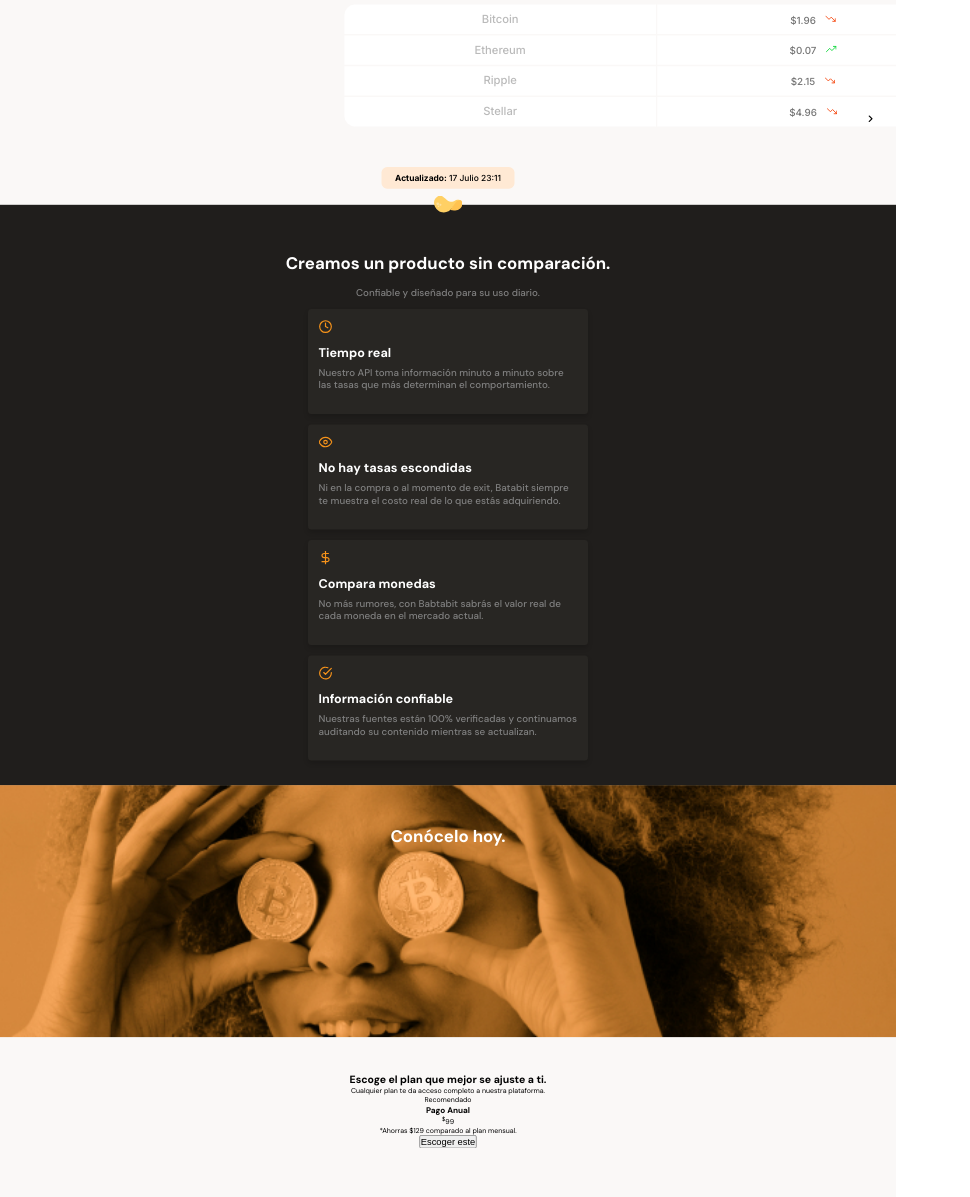
Repository: Pandrea-hub/Batatabit
Page: index.html
An editor plug-in stored every save of this project. The page is shown before and after the next save, followed by the edit.
The browser window is 1280 px wide. The page is 1386 px wide, so the pictures cover 1386 px, including what lies to the right of the window. The pictures show the part of the page from y = 842 to 2602 px (the page is 2552 px tall before and 2602 px after), at 70% of full size.

Above is the page before, as saved 2022-04-19 12:58:44.

### index.html
<!DOCTYPE html>
<html lang="en">
<head>
    <meta charset="UTF-8">
    <meta http-equiv="X-UA-Compatible" content="IE=edge">
    <meta name="viewport" content="width=device-width, initial-scale=1.0">
    <title>Document</title>
    <link rel="preconnect" href="https://fonts.googleapis.com">
    <link rel="preconnect" href="https://fonts.gstatic.com" crossorigin>
    <link href="https://fonts.googleapis.com/css2?family=DM+Sans:wght@400;500;700&family=Inter:wght@300;500;700&display=swap" rel="stylesheet">
    <link rel="stylesheet" href="./style.css">
</head>
<body>


    <header>

        <img src="./assets/img/logo.svg" alt="Logo del header donde estara una patata y el nombre que es Batatabit"/>
        <div class="header--title-container">
            <h1>La próxima revolución en el intercambio de criptomonedas.</h1>
            <p>Batatabit te ayuda a navegar entre los diferentes precios y tendencias.</p>
            <a href="#plans" class="header--button">Conoce Nuestros Planes<span></span></a>
        </div>
    </header>


    <main>
        <section class="main-exchange--container">
            <div class="backgroungImg"></div>
            <div class="main-exchange--container--title">
                <h2>Visibilizamos todas las tasas de cambio.</h2>
                <p>Traemos información en tiempo real de las casas de cambio y las monedas más importantes del mundo.</p>
            </div>

            <section class="main-tables-container">
                <div class="main-currency-table">
                    <div class="currency-table">

                        <div class="container-arrow--left" id="arrow-left"></div>

                        <div class="currency-table--container" id="table-1">
                            <p class="currency-table--title" id="title-1">Monedas</p>
                            <table>
                                <tr>
                                    <tr>
                                        <td class="table__top--left">Bitcoin</td>
                                        <td class="table__top--right table__right">$1.96 <span class="down"></span></td>
                                    </tr>
                                    <tr>
                                        <td>Ethereum</td>
                                        <td class="table__right">$0.07 <span class="up"></span></td>
                                    </tr>
                                    <tr>
                                        <td>Ripple</td>
                                        <td class="table__right">$2.15 <span class="down"></span></td>
                                    </tr>
                                    <tr>
                                        <td class="table__bottom--left">Stellar</td>
                                        <td class="table__bottom-right table__right">$4.96 <span class="down"></span></td>
                                    </tr>
                                </tr>
                            </table>
                        </div>


                        <div class="currency-table--container" id="table-2">
                            <p class="currency-table--title" id="title-2">Comisiones</p>
                            <table>
                                <tr>
                                    <tr>
                                        <td class="table__top--left">Bitrade</td>
                                        <td class="table__top--right table__right">$ 12.96</td>
                                    </tr>
                                    <tr>
                                        <td>Bitpreco</td>
                                        <td class="table__right">$ 13.07</td>
                                    </tr>
                                    <tr>
                                        <td>Novadax</td>
                                        <td class="table__right">$ 13.15</td>
                                    </tr>
                                    <tr>
                                        <td class="table__bottom--left">Coinext</td>
                                        <td class="table__bottom-right table__right">$ 14.96</td>
                                    </tr>
                                </tr>
                            </table>
                        </div>

                        <div class="container-arrow" id="arrow-right"></div>

                    </div>

                    <div class="currency-table--date" id="table-date">
                        <p><b>Actualizado:</b> 17 Julio 23:11 </p></p>
                    </div>

                </div>
            </section>
        </section>

    <script>
        const arrow_right = document.getElementById("arrow-right")
        const arrow_left = document.getElementById("arrow-left")
        const table_1 = document.getElementById("table-1")
        const table_2 = document.getElementById("table-2")
        const date = document.getElementById("table-date");


        arrow_right.onclick = function(){
            arrow_right.style.display="none";
            table_1.style.display = "none"
            table_2.style.display = "grid"
            arrow_left.style.display = "block"
            date.style.backgroundColor="#E7F5FF";
        }
        arrow_left.onclick = function(){
            arrow_left.style.display="none";
            table_1.style.display = "grid"
            table_2.style.display = "none"
            arrow_right.style.display = "block"
            date.style.backgroundColor="#FFE9D4";
        }
    </script>


        <section class="main-product--detail">
            <span class="product-detail--batata-logo"></span>
            <div class="product-detail--title">
                <h2>Creamos un producto sin comparación.</h2>
                <p>Confiable y diseñado para su uso diario.</p>
            </div>
            <section class="product-cards--container">
                <article class="product-detail--card">
                    <span class="icon-card clock"></span>
                    <p class="product-card--title">Tiempo real</p>
                    <p class="product-card--body">Nuestro API toma información minuto a minuto sobre las tasas que más determinan el comportamiento.</p>
                </article>

                <article class="product-detail--card">
                    <span class="icon-card tasas"></span>
                    <p class="product-card--title">No hay tasas escondidas</p>
                    <p class="product-card--body">Ni en la compra o al momento de exit, Batabit siempre te muestra el costo real de lo que estás adquiriendo.</p>
                </article>


                <article class="product-detail--card">
                    <span class="icon-card money"></span>
                    <p class="product-card--title">Compara monedas</p>
                    <p class="product-card--body">No más rumores, con Babtabit sabrás el valor real de cada moneda en el mercado actual.</p>
                </article>


                <article class="product-detail--card">
                    <span class="icon-card info"></span>
                    <p class="product-card--title">Información confiable</p>
                    <p class="product-card--body">Nuestras fuentes están 100% verificadas y continuamos auditando su contenido mientras se actualizan.</p>
                </article>


            </section>

        </section>



        <section class="bitcoin-img--container">
            <h2>Conócelo hoy.</h2>
        </section>


        <section id="plans" class="main-plans-container">
            <div class="plans--title">
                <h2>Escoge el plan que mejor se ajuste a ti.</h2>
                <p>Cualquier plan te da acceso completo a nuestra plataforma.</p>
            </div>
            <section class="plans-container--slider">
                <article class="plans-container--card">
                    <p>Recomendado</p>
                    <div>
                        <h3>Pago Anual</h3>
                        <p><sup>$</sup>99</p>
                        <p>*Ahorras $129 comparado al plan mensual.</p>
                        <button>Escoger este <span></span></button>
                    </div>
                </article>
            </section>
        </section>




    </main>

    <footer></footer>

</body>
</html>

### style.css
/*
1. Position
2. Box model
3. typography
4. Visual themes
5. Others
*/

:root{
    --bitcoin-orange:#F7931A;
    --soft-orange:#FFE9D4;
    --secondary-blue:#1A9AF7;
    --soft-blue:#E7F5FF;
    --warm-black:#201E1C;
    --black: #201e1c;
    --grey: #bababa;
    --off-white: #faf8f7;
    --just-white: #fff;
}

*{
    padding: 0;
    margin: 0;
    box-sizing: border-box;
}


html{
    font-size: 62.5%;
    font-family: "DM Sans", sans-serif;
}

header{
    position: relative;
    display: flex;
    flex-direction:column;
    justify-content: center;
    width: 100%;
    height: 334px;
    min-width: 320px;
    text-align: center;
    background: linear-gradient(207.8deg, #201E1C 16.69%, #F7931A 100%);

}

header img{
    width: 150px;
    height: 24px;
    margin-top: 60px;
    align-self: center;
}

.header--title-container{
    width: 90%;
    min-width: 288px;
    max-width: 900px;
    height: 218px;
    margin-top: 50px;
    text-align: center;
    align-self:center;
}

.header--title-container h1{
    font-size: 2.4rem;
    font-weight: bold;
    line-height: 2.6rem;
    color: var(--just-white);
}

.header--title-container p{
    font-size: 1.4rem;
    font-weight: 500;
    line-height: 1.8rem;
    color:var(--soft-orange);
    margin-top: 2.4rem;
}


.header--title-container .header--button{
    left: calc(50% - 229px/2);
    position: absolute;
    top: 270px;
    display: block;
    margin-top: 35px;
    padding: 15px;
    width: 229px;
    height: 48px;
    background-color: var(--off-white);
    /* Box shadow */
    box-shadow: 0px 4px 8px rgba(89, 73, 30, 0.16);
    border-radius: 4px;
    font-weight: bold;
    font-size: 14px;
    line-height: 18px;
    color:var(--warm-black);
    text-decoration: none;
}

.header--button span{
    display: inline-block;
    width: 13px;
    height: 8px;
    margin-left: 10px;
    background-image: url('./assets/icons/down-arrow.svg');
}

main{
    width: 100%;
    height: auto;
    background-color:var(--off-white);
    min-width: 320px;
}


.main-exchange--container{
    width: 100%;
    height: auto;
    padding-top: 80px;
    padding-bottom: 30px;
    text-align: center;
}

.main-exchange--container--title{
    width: 100%;
    min-width: 288px;
    max-width: 900px;
    margin: 10px auto;
    padding: 1%;
}

.main-exchange--container .backgroungImg{
    width: 200px;
    height: 200px;
    margin: 0 auto;
    margin-bottom: 50px;
    background-image: url(./assets/img/bitcoin.svg);
    background-size: cover;
    background-position: center;
    background-repeat: no-repeat;
}


.main-exchange--container--title h2{
    margin-bottom: 30px;
    font-size: 2.4rem;
    font-weight: bold;
    line-height: 2.6rem;
    align-self:center;
    color:var(--warm-black);
}




.main-exchange--container--title p{
    margin-bottom: 30px;
    font-size: 1.4rem;
    line-height: 1.8rem;
    font-weight: 500;
    color:#757575;
    text-align: center;

}





/*Tables*/


.main-tables-container{
    margin: 20px auto;
    width: 100%;
}



.main-currency-table{
    display: flex;
    flex-direction: column;
    width: 70%;
    min-width: 235px;
    max-width: 500px;
    height: 240px;
    margin: 0 auto;
    font-family: "Inter", sans-serif;
}

.main-currency-table .currency-table--title{
    width: 81px;
    height: 10px;
    margin: 0 auto;
    position: absolute;
    font-size: 1.8rem;
    font-weight: bold;
    line-height: 2.3rem;
    font-family: "DM Sans";
    color:var(--bitcoin-orange);
}

.currency-table{
    width: 100%;
}


.currency-table--container{
    margin: 0 auto;
    width: 100%;
    height: 90px;
    min-width: 230px;
    max-width: 300px;

}

.currency-table--container table{
    width: 70%;
    height: 180px;
    margin: 30px auto;
    position: absolute;
}


.currency-table--container td{
    width: 50%;
    font-size: 1.6rem;
    font-weight: 500;
    line-height: 1.9rem;
    color:var(--grey);
    background-color:var(--just-white);
    margin: 0px 10px;

}

.table__top--left{
    border-radius: 15px 0 0 0;
}

.table__top--right{
    border-radius:0 15px 0 0;
}


.table__bottom-right{
    border-radius:0 0 15px 0;
}

.table__bottom--left{
    border-radius:0 0 0 15px;
}

.currency-table--container .table__right{
    font-size: 1.4rem;
    font-weight: normal;
    line-height: 1.7rem;
    color:#757575;
}


.currency-table--container .down{
    display: inline-block;
    width: 15px;
    height: 15px;
    margin-left: 10px;
    background-image:url("./assets/icons/trending-down.svg");
    background-size:cover;
    background-repeat:no-repeat;
}

.currency-table--container .up{
    display: inline-block;
    width: 15px;
    height: 15px;
    margin-left: 10px;
    background-image:url("./assets/icons/trending-up.svg");
    background-size:cover;
    background-repeat:no-repeat;
}


.currenty-table{
    display: grid;
    grid-template-columns: 1fr 1fr 1fr;

}


.container-arrow{
    height: 10px;
    width: 12px;
    background-image: url("../assets/icons/right-arrow.svg");
    background-repeat: no-repeat;
    background-size: contain;
    background-position: center;
    position: absolute;
    margin-top: 8%;
    right: 31px;
    cursor: pointer;
}


.container-arrow--left{
    display: none;
    height: 10px;
    width: 12px;
    background-image: url("../assets/icons/left-arrow.svg");
    background-repeat: no-repeat;
    background-size: contain;
    background-position: center;
    position: absolute;
    margin-top:120px;
    left: 20px;
    cursor: pointer;
}


#title-2{
    color:var(--secondary-blue);
}



.currency-table--date{
    margin: 0 auto;
    font-size: 12px;
    position: absolute;
    width: 190px;
    height: 31px;
    left: calc(50% - 95px);
    top: 1080px;
    padding: 8px;
    background-color:var(--soft-orange);
    border-radius:8px;
}

#table-2{
    display: none;
}

.main-product--detail{
    position: relative;
    width: 100%;
    min-width: 320px;
    height: auto;
    padding: 20px 10px;
    background-color:var(--warm-black);
    margin-top: 30px;
}


.product-detail--batata-logo{
    left: calc(50% - 20px);
    top: -12.5px;
    position: absolute;
    width: 40px;
    height: 25px;
    background-image:url("./assets/icons/batata.svg");
}


.product-detail--title{
    width: 90%;
    min-width: 288px;
    height: auto;
    margin: 0 auto;
    margin-top: 50px;
    text-align: center;
}


.product-detail--title h2{
    margin-bottom: 20px;
    font-size: 2.4rem;
    font-weight: bold;
    line-height: 2.6rem;
    color:var(--just-white);

}

.product-detail--title p{
    color:#808080;
    font-size: 1.4rem;
    font-weight: 500;
    line-height: 1.8rem;
}


.product-detail--card{
    width: 90%;
    min-width: 288px;
    max-width: 400px;
    height: 150px;
    margin: 15px auto;
    padding: 15px;
    background-color:#282623;
    border-radius:5px;
    box-shadow:0px 4px 8px rgba(0, 0, 0, 0.16);

}


.product-detail--card .icon-card{
    display: inline-block;
    width: 20px;
    height: 20px;
    background-position: center;
    background-size: cover;
    background-repeat: no-repeat;
    margin-bottom: 15px;

}

.clock{
    background-image:url("./assets/icons/clock.svg");
}

.tasas{
    background-image:url("./assets/icons/eye.svg");
}

.money{
    background-image:url("./assets/icons/dollar-sign.svg");
}

.info{
    background-image:url("./assets/icons/check-circle.svg");
}

.product-card--title{
    font-weight: 700;
    font-weight: bold;
    font-size: 1.8rem;
    line-height: 1.8rem;
    color:var(--just-white);
}


.product-card--body{
    font-weight: 500;
    font-size: 1.4rem;
    line-height: 1.8rem;
    color: #808080;
    margin-top: 10px;
}


/*Seccion de planes*/

.bitcoin-img--container{
    width: 100%;
    min-width: 320px;
    height: 50vh;
    background-image:url('./assets/img/bitcoinbaby2x.jpg');
    background-position:center;
    background-size:cover;
    background-repeat:no-repeat;
    text-align: center;
}

.bitcoin-img--container h2{
    padding-top: 60px;
    font-size: 2.4rem;
    font-weight: bold;
    line-height: 2.6rem;
    color:var(--just-white);
}


.main-plans-container{
    width: 100%;
    min-width: 320px;
    padding-bottom: 70px;
    text-align: center;
}

.plans--title{
    width: 90%;
    min-width: 288px;
    height: auto;
    margin: 0 auto;
    margin-top: 50px;
}

After the next save:
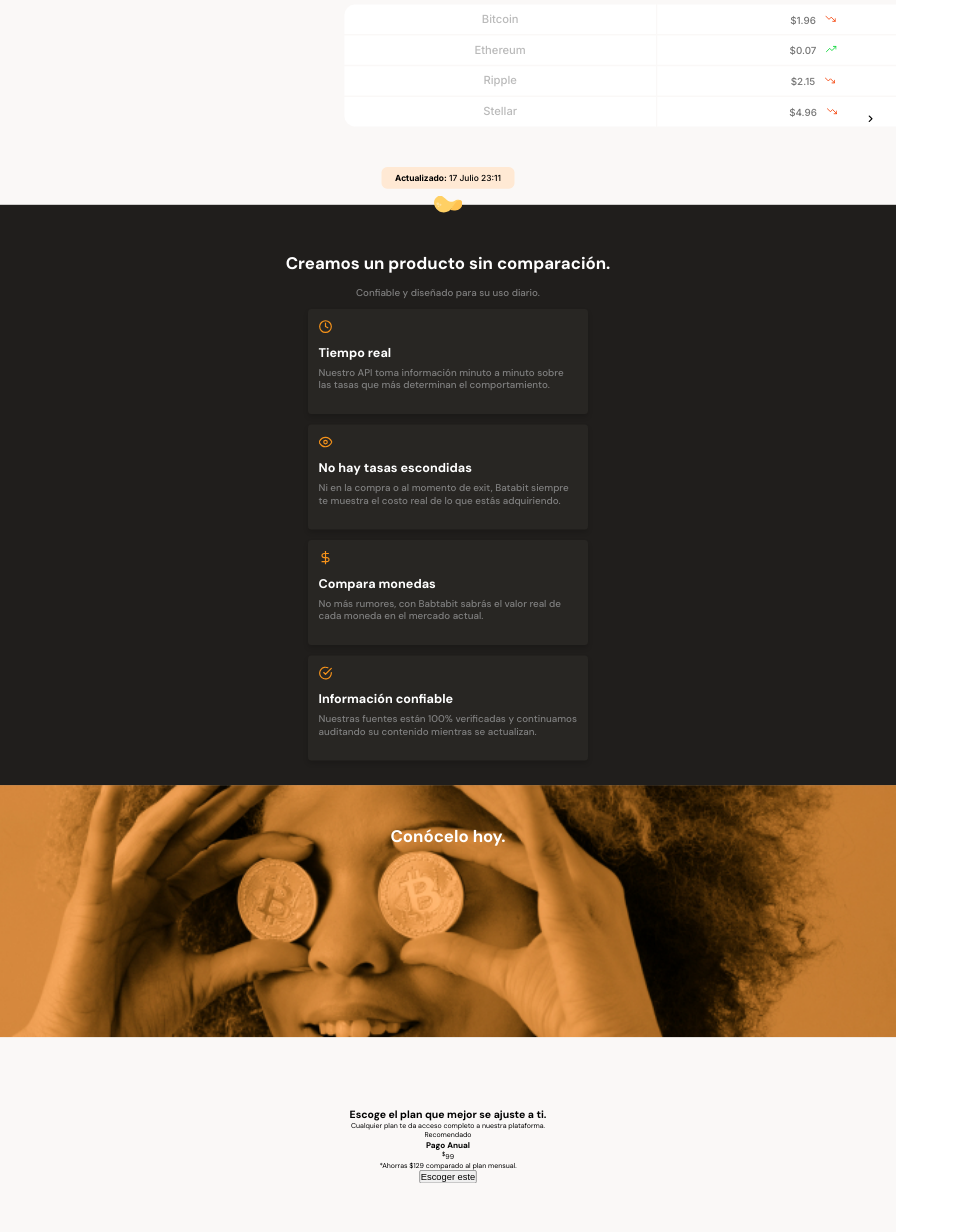
Saved 78 s later.
--- a/style.css
+++ b/style.css
@@ -480,3 +480,8 @@
     margin: 0 auto;
     margin-top: 50px;
 }
+
+
+.plans--title h2{
+    padding-top: 50px;
+}
